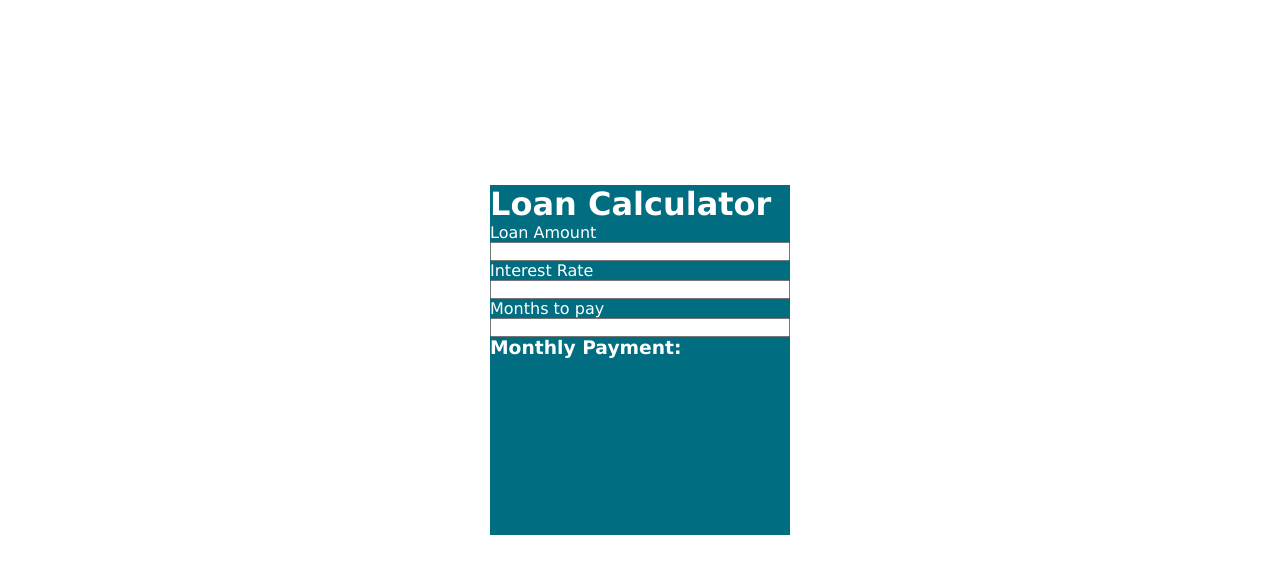
Repository: Ankitkr2021/Loan-Calculator
Page: index.html
An editor plug-in stored every save of this project. The page is shown before and after the next save, followed by the edit.
The browser window is 1280 px wide. The pictures show the whole page.

Above is the page before, as saved 2025-10-28 08:51:11.

### index.html
<!DOCTYPE html>
<html lang="en">
<head>
    <meta charset="UTF-8">
    <meta name="viewport" content="width=device-width, initial-scale=1.0">
    <title>Loan Calculator</title>
    <link rel="stylesheet" href="./style.css">
</head>
<body>
    <div class="box">
        <h1>Loan Calculator</h1>
        <span>Loan Amount</span>
        <input type="number">
        <span>Interest Rate</span>
        <input type="number">
        <span>Months to pay</span>
        <input type="number">
        <h3>Monthly Payment:<span></span></h3>
    </div>
</body>
</html>

### style.css
*{
    margin: 0;
    padding: 0;
    box-sizing: border-box;
    font-family:'Lucida Sans', 'Lucida Sans Regular', 'Lucida Grande', 'Lucida Sans Unicode', Geneva, Verdana, sans-serif;
}

body{
    display: flex;
    align-items: center;
    justify-content: center;
    height: 100vh;
    width: 100%;
}

.box{
    display: flex;
    flex-direction: column;
    background: rgb(0, 109, 128);
    color: #fff;
    height: 350px;
    width: 300px;
}

After the next save:
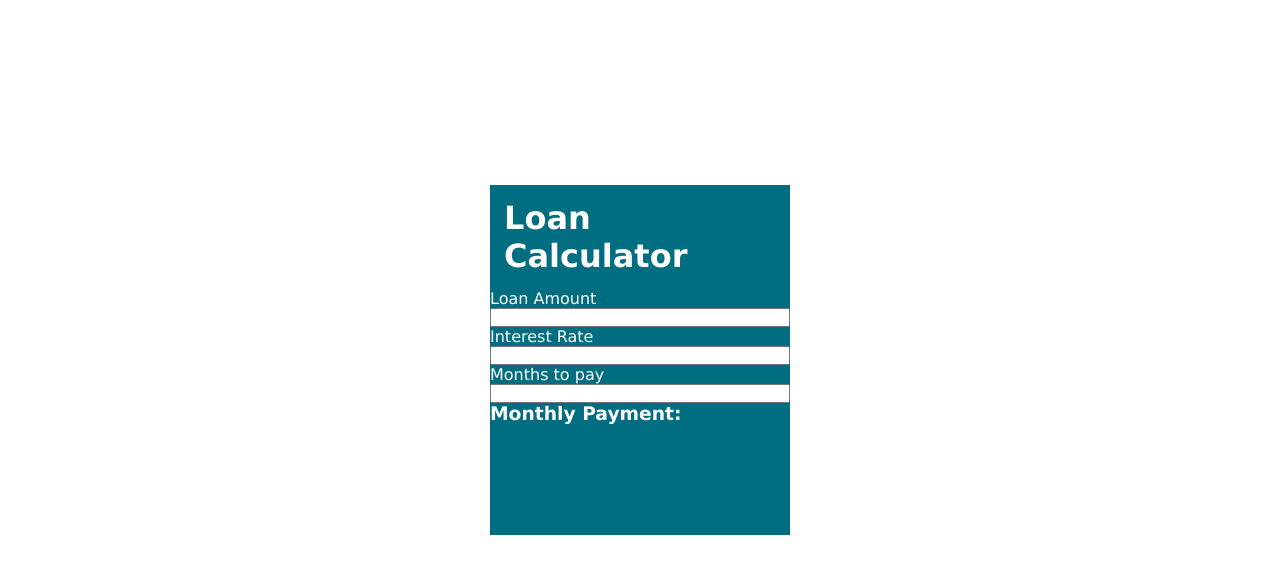
Saved 15 s later.
--- a/style.css
+++ b/style.css
@@ -21,3 +21,7 @@
     height: 350px;
     width: 300px;
 }
+
+h1{
+    padding: 14px;
+}
